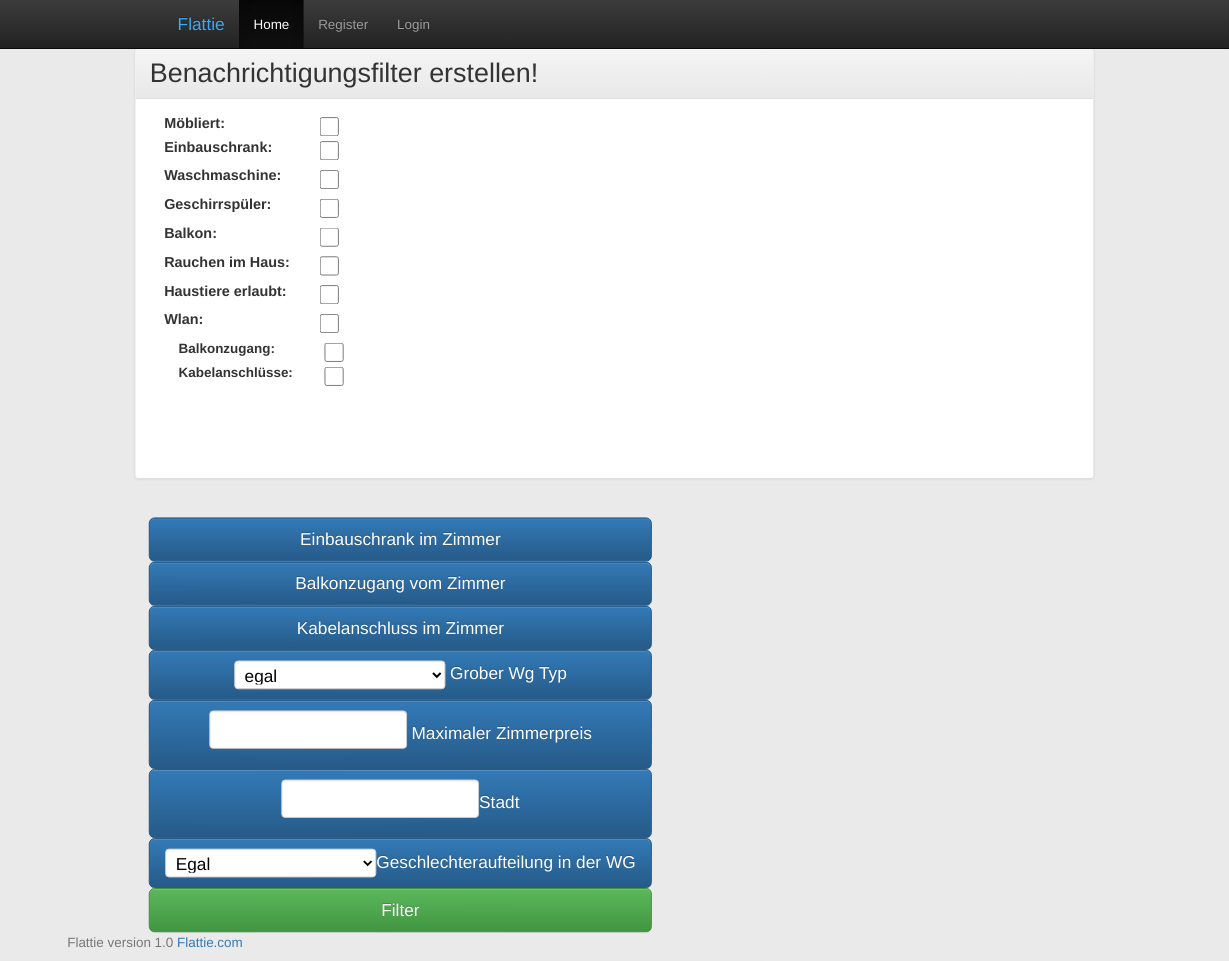
Repository: ese-unibe-ch/ese2014-team2
Page: http://localhost/Skeleton/pages/createCustomFilter.jsp
These files come from the project's save history. The page is drawn as it stood at one moment and after the next save; the edit follows.
The browser window is 1280 px wide. The pictures show the whole page, at 96% of full size.
Some web libraries are served in a nearby version. The page is served by Tomcat 9. Nobody is signed in. The application's start-up code is not run. The template is opened directly, without the code that normally fills it, so the values that code supplies are empty.

Above is the page before, as saved 2014-11-26 12:23:16.
Console error (its wording comes from the project's code and is left out).

After the next save:
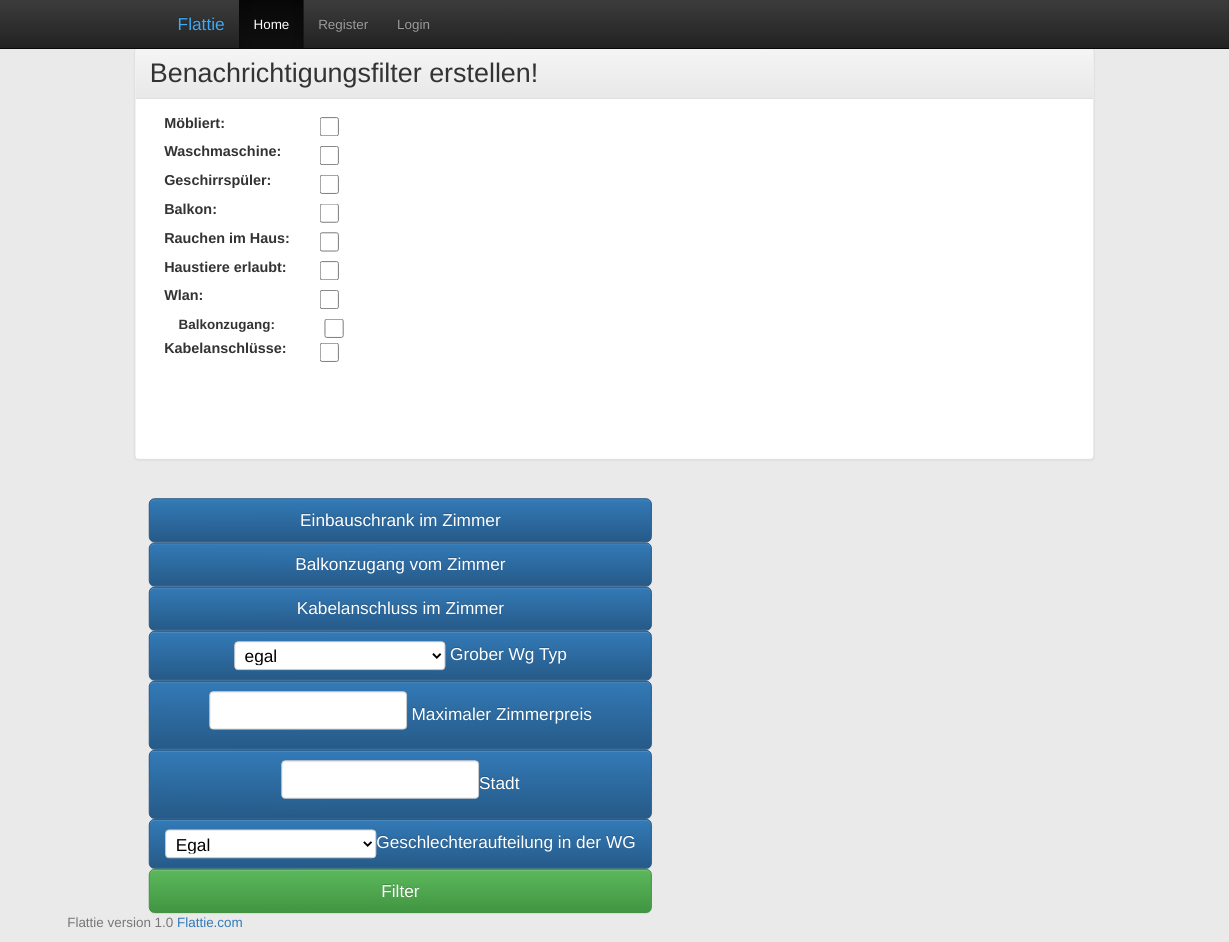
Saved 43 s later.
--- a/Skeleton/src/main/webapp/pages/createCustomFilter.jsp
+++ b/Skeleton/src/main/webapp/pages/createCustomFilter.jsp
@@ -31,14 +31,6 @@
 					<form:checkbox path="furnished" id="field-furnished" cssClass="checkboxbig"/>
 				</div>
 			</div>
-			<div class="col-md-8">
-    			<div class="col-md-6">
-    				<label>Einbauschrank:</label>
-    			</div>
-    			<div class="col-md-2">
-    				<form:checkbox	path="hasBuiltInCloset" id="field-closet" cssClass="checkboxbig"/>
-    			</div>
-    		</div>
 		</div>
 		<div class="row">
 			<div class="col-md-8">
@@ -110,6 +102,7 @@
     				<form:checkbox	path="toBalcony" id="field-isToBalcony" cssClass="checkboxbig"/>
     			</div>
     		</div>
+    	<div class="row">
 			<div class="col-md-8">
     			<div class="col-md-6">
     				<label>Kabelanschlüsse:</label>
@@ -118,6 +111,7 @@
     				<form:checkbox	path="hasCables" id="field-Cables" cssClass="checkboxbig"/>
     			</div>
     		</div>
+    	</div>
 			<div class="col-md-8">
     			<div class="col-md-6">
     				<label></label>
